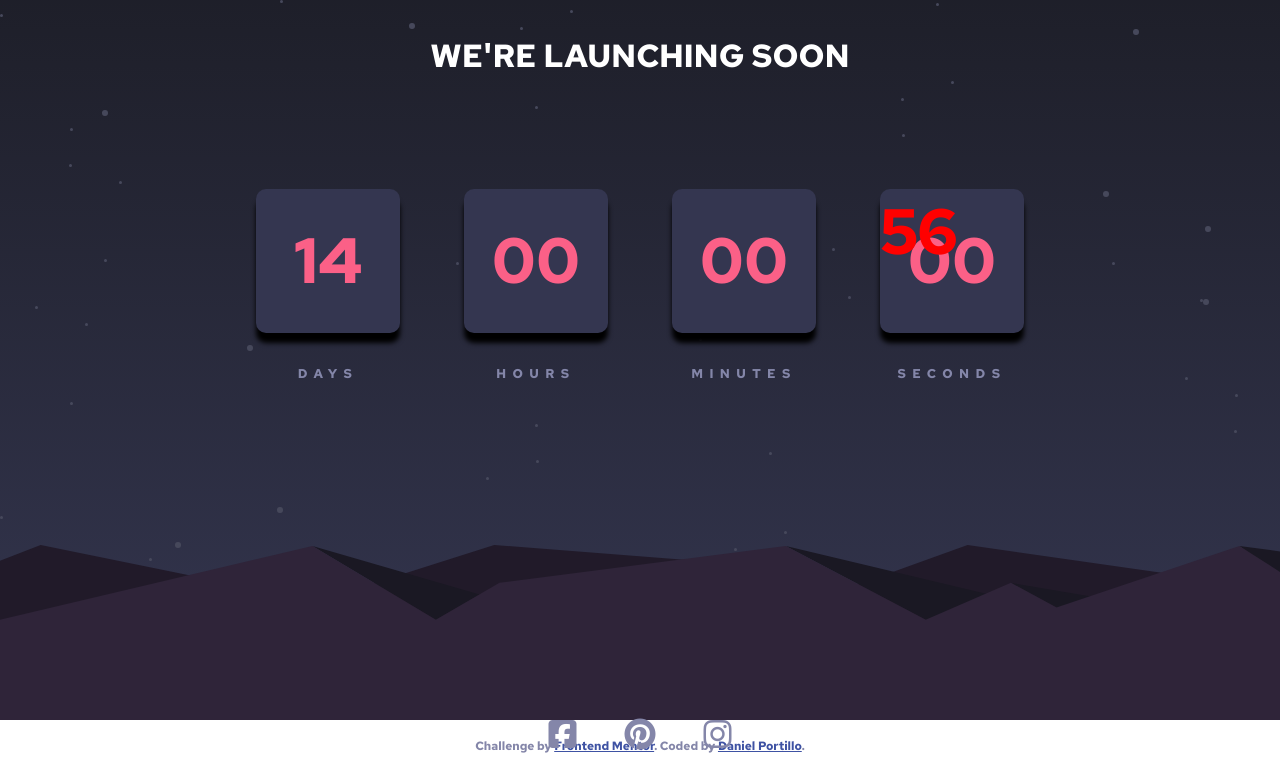
Repository: dportillo23/launch-countdown-timer-main
Page: index.html
An editor plug-in stored every save of this project. The page is shown before and after the next save, followed by the edit.
The browser window is 1280 px wide. The pictures show the whole page.
Some web libraries are served in a nearby version. The style sheet was rebuilt from its Sass, Less or Tailwind sources for each picture, by a compiler version that may differ from the author's.

Above is the page before, as saved 2021-07-01 12:22:11.

After the next save:
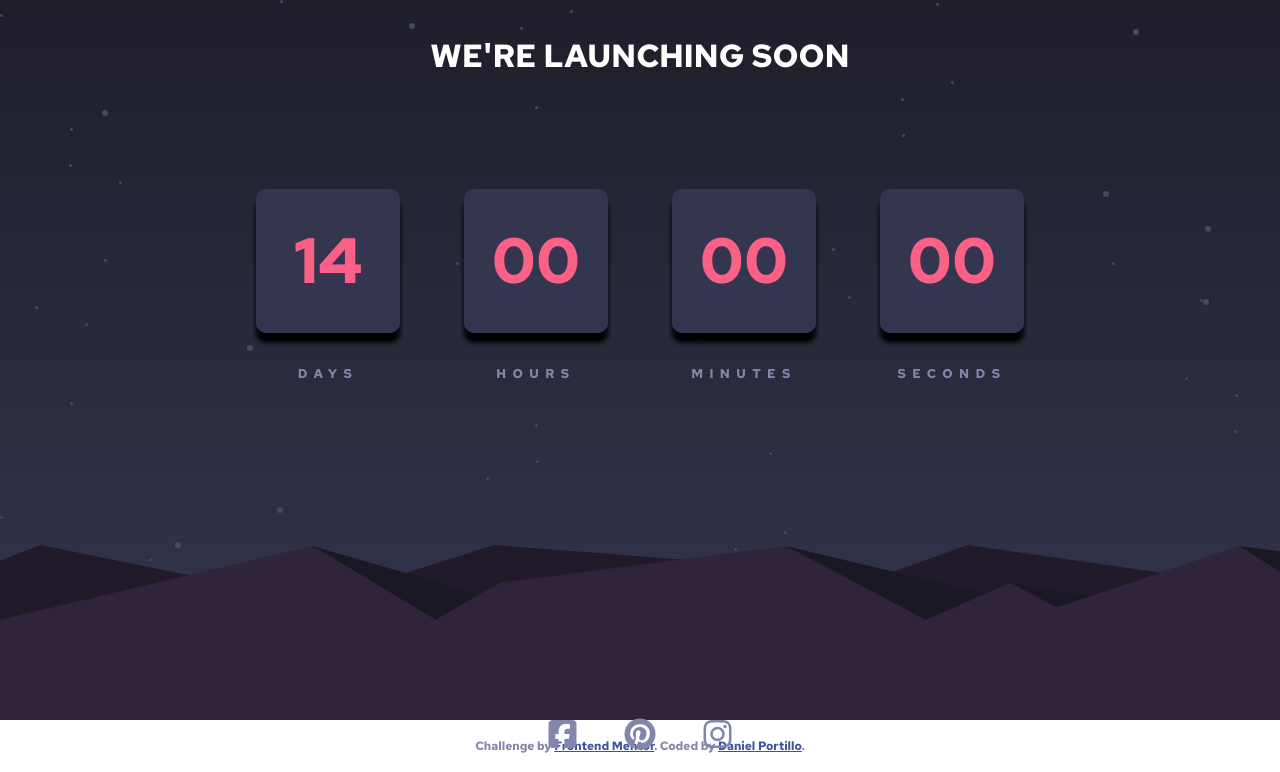
Console error: ReferenceError: secondsContainer is not defined
Saved 2 min 54 s later.
--- a/app.js
+++ b/app.js
@@ -8,9 +8,9 @@ const sixtyToZero = num => {
 }
 
 class Card {
-    constructor(_card, _timer) {
-        this.card = _card;
-        this.timer = _timer;
+    constructor(_class) {
+        this.card = document.querySelector(`.${_class}`);
+        this.timer = document.getElementById(`${_class}`);
     }
 
     updateTimer(_newTime) {
@@ -31,25 +31,25 @@ const hours = minutes * 60;
 const days = hours * 24;
 
 
-//  Timer elements
-const timeDays = document.getElementById("days");
-const timeHours = document.getElementById("hours");
-const timeMinutes = document.getElementById("minutes");
-const timeSeconds = document.getElementById("seconds");
+// //  Timer elements
+// const timeDays = document.getElementById("days");
+// const timeHours = document.getElementById("hours");
+// const timeMinutes = document.getElementById("minutes");
+// const timeSeconds = document.getElementById("seconds");
 
 
-// Cards Elements
-const daysContainer = document.querySelector(".days");
-const hoursContainer = document.querySelector(".hours");
-const minutesContainer = document.querySelector(".minutes");
-const secondsContainer = document.querySelector(".seconds");
+// // Cards Elements
+// const daysContainer = document.querySelector(".days");
+// const hoursContainer = document.querySelector(".hours");
+// const minutesContainer = document.querySelector(".minutes");
+// const secondsContainer = document.querySelector(".seconds");
 
 
 // Create Card Objects
-const daysCard = new Card(daysContainer, timeDays);
-const hoursCard = new Card(hoursContainer, timeHours);
-const minutesCard = new Card(minutesContainer, timeMinutes);
-const secondsCard = new Card(secondsContainer, timeSeconds);
+const daysCard = new Card("days");
+const hoursCard = new Card("hours");
+const minutesCard = new Card("minutes");
+const secondsCard = new Card("seconds");
 
 
 // Functions
